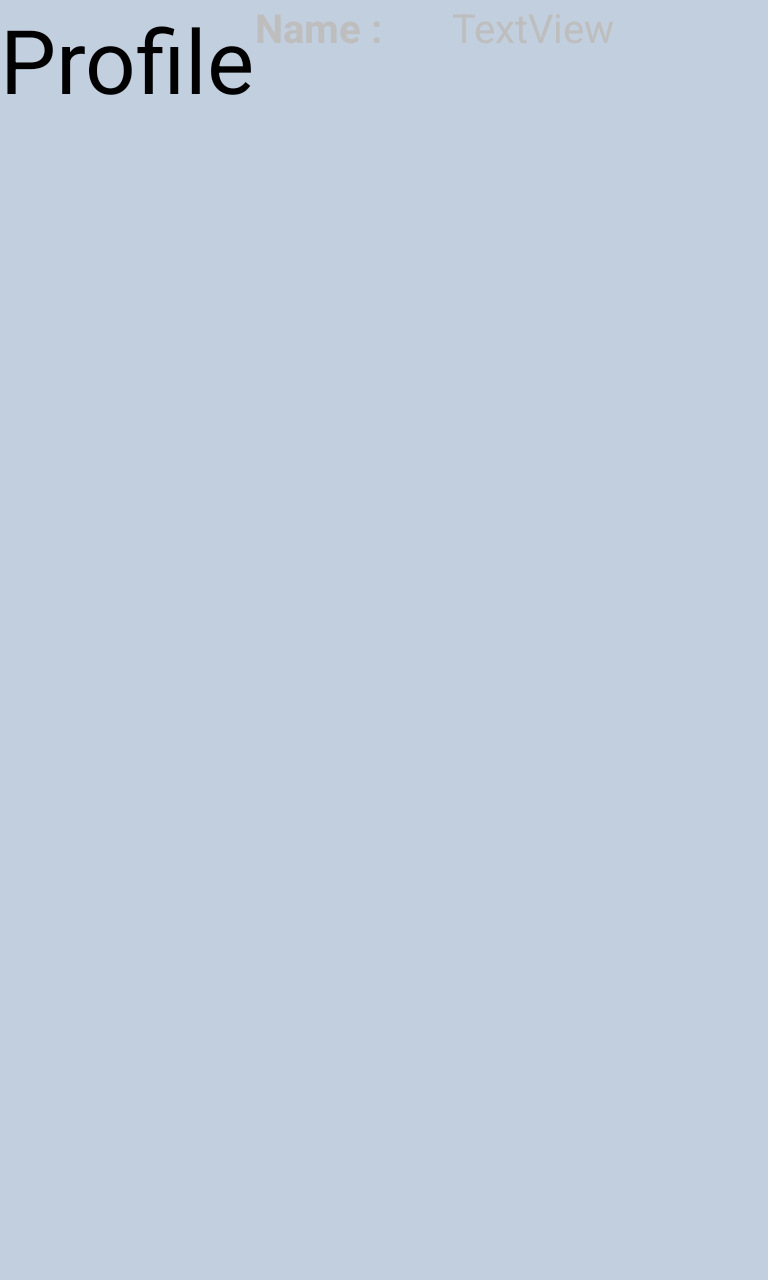
Repository: parinya1968/My-project
Layout: DroidWork/getBig/res/layout/viewprofiles.xml
An editor plug-in stored every save of this project. The layout is shown before and after the next save, followed by the edit.
It is drawn on a 768 x 1280 px phone screen (xhdpi) without system bars, with theme android:Theme.NoTitleBar.Fullscreen; the app's code is not run.

Above is the layout before, as saved 2012-06-21 03:37:00.

After the next save:
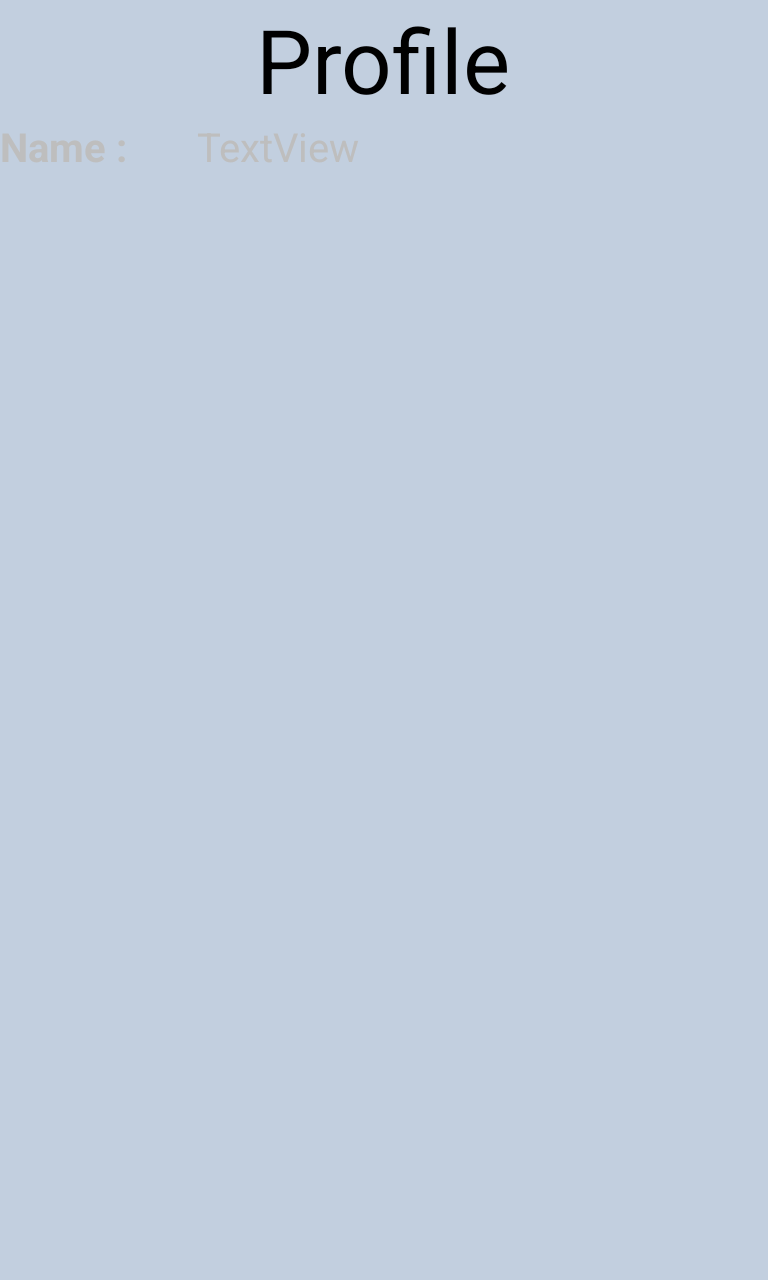
Saved 14 s later.
--- a/DroidWork/getBig/res/layout/viewprofiles.xml
+++ b/DroidWork/getBig/res/layout/viewprofiles.xml
@@ -5,9 +5,7 @@
     android:orientation="vertical"
     android:background="#C2CFDF" >
 
-    <LinearLayout
-        android:layout_width="match_parent"
-        android:layout_height="wrap_content" >
+
 
     <TextView
         android:id="@+id/textView1"
@@ -17,6 +15,10 @@
         android:text="Profile"
         android:textColor="#000000"
         android:textSize="20pt" />
+
+	<LinearLayout
+        android:layout_width="match_parent"
+        android:layout_height="wrap_content" >
 	<TextView
             android:id="@+id/textView1"
             android:layout_width="wrap_content"
